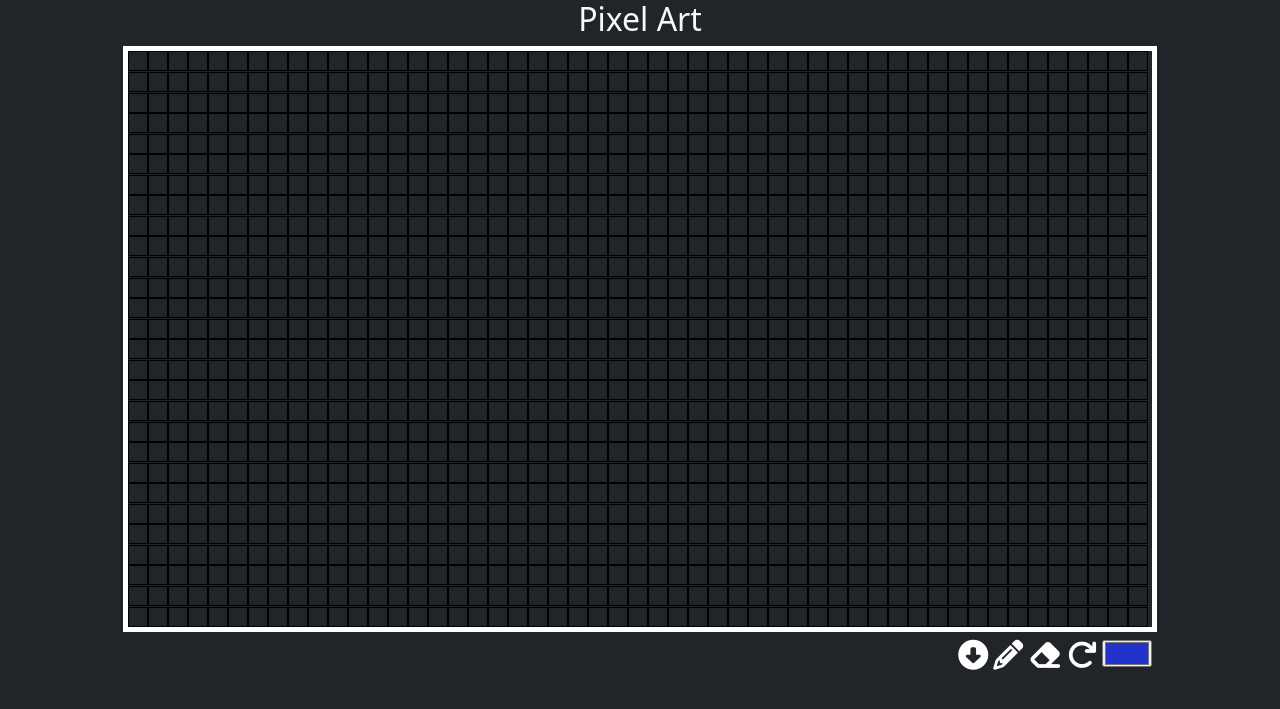
Repository: bechara611/pixelartdb
Page: /
The author's editor kept a copy of each file at every save. The page is drawn from the files as they stood at one save, then again after the next save.
The browser window is 1280 px wide. The pictures show the whole page.
Some web libraries are served in a nearby version. The project was rebuilt for these pictures with package versions that can differ from the ones it lists, and the page was loaded fresh each time. Also part of the build but not shown: vite.config.js.

Above is the page before, as saved 2023-03-07 15:18:17.

After the next save:
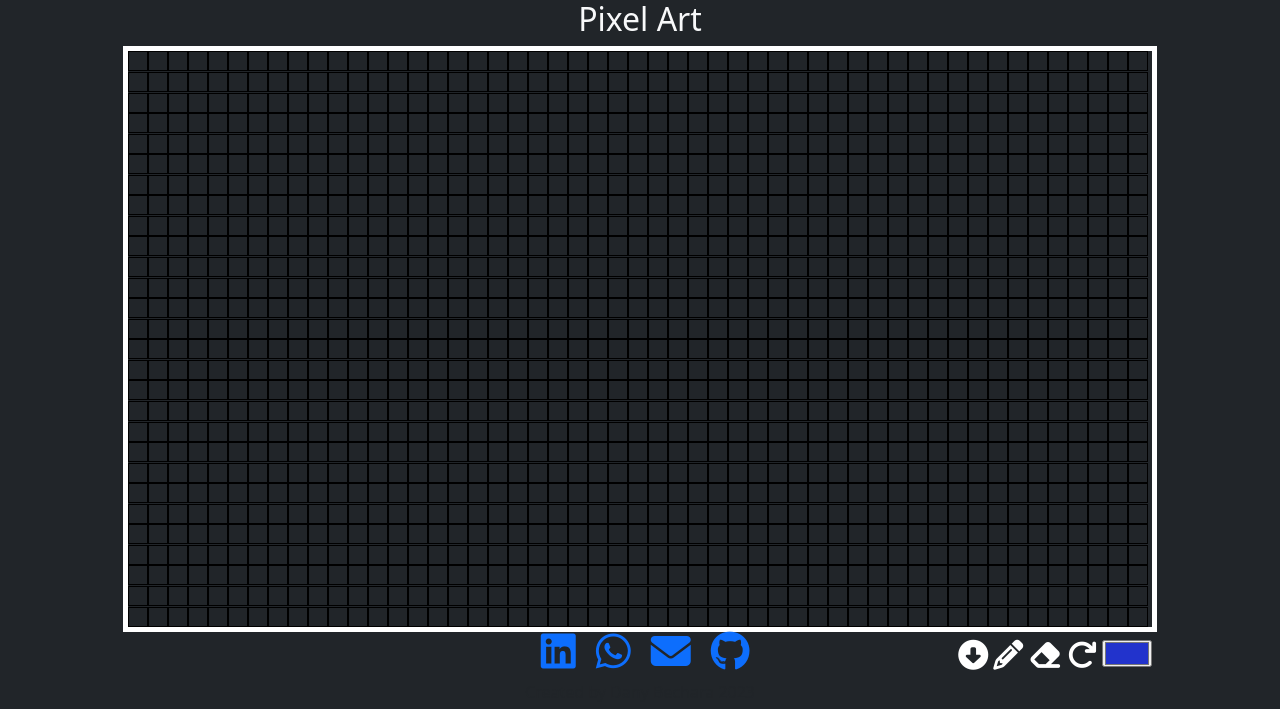
Saved 7 s later.
--- a/src/App.jsx
+++ b/src/App.jsx
@@ -113,7 +113,7 @@ const App = () => {
         </div>
 
       </div>
-
+      <Footer></Footer>
     </>
 
   )
